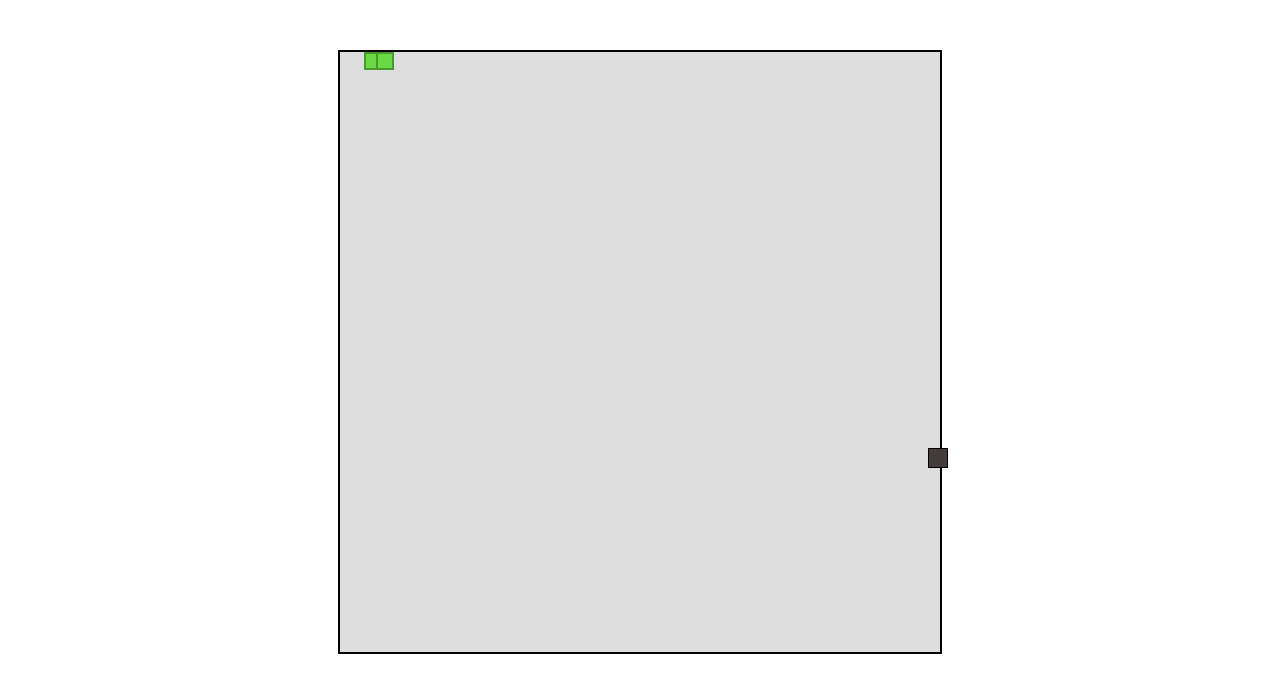
Repository: Krashgul/React_Snake_Game
Page: /
An editor plug-in stored every save of this project. The page is shown before and after the next save, followed by the edit.
The browser window is 1280 px wide. The pictures show the whole page.
The project was rebuilt for these pictures with package versions that can differ from the ones it lists, and the page was loaded fresh each time.

Above is the page before, as saved 2021-02-25 02:29:06.

After the next save:
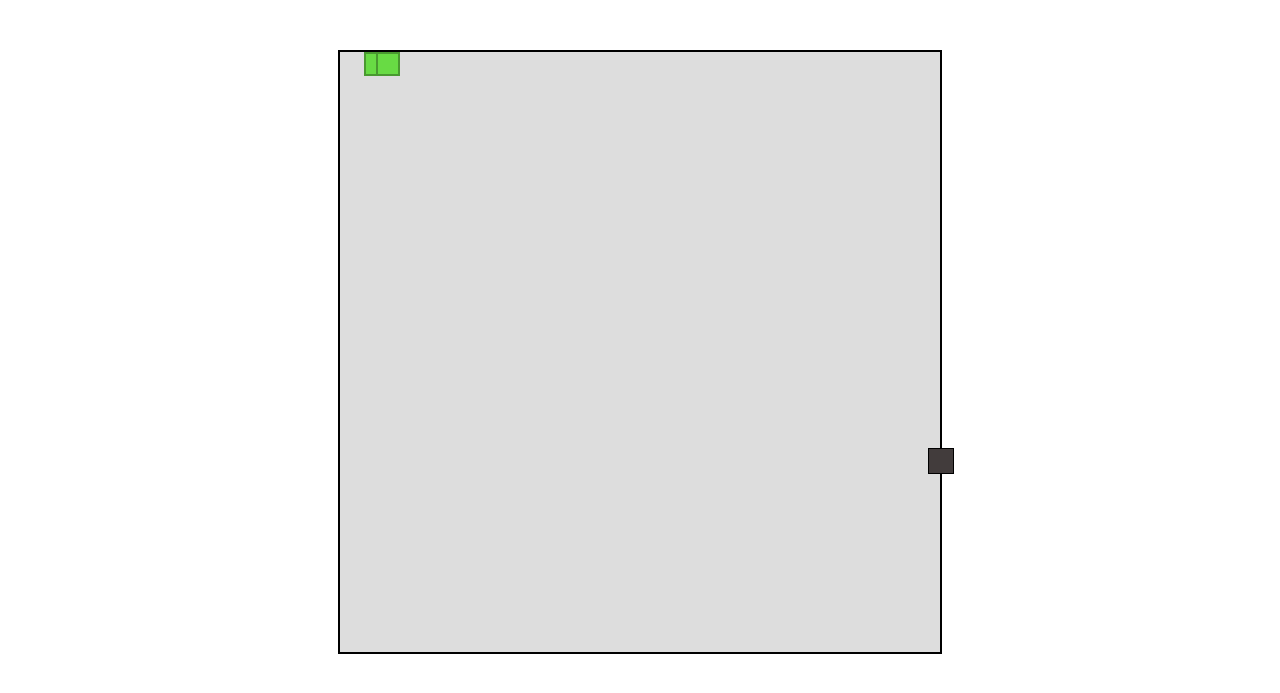
Saved 28 s later.
--- a/src/index.css
+++ b/src/index.css
@@ -10,8 +10,8 @@
 .snake-dot {
   position: absolute;
   box-sizing: border-box;
-  width: 3%;
-  height: 3%;
+  width: 4%;
+  height: 4%;
   background-color: rgb(104, 219, 68);
   border: 2px solid rgb(73, 153, 48);
   z-index: 2;
@@ -19,8 +19,8 @@
 
 .snake-food {
   position: absolute;
-  width: 3%;
-  height: 3%;
+  width: 4%;
+  height: 4%;
   background: rgb(66, 60, 60);
   border: 1px solid #000;
   z-index: 1;
